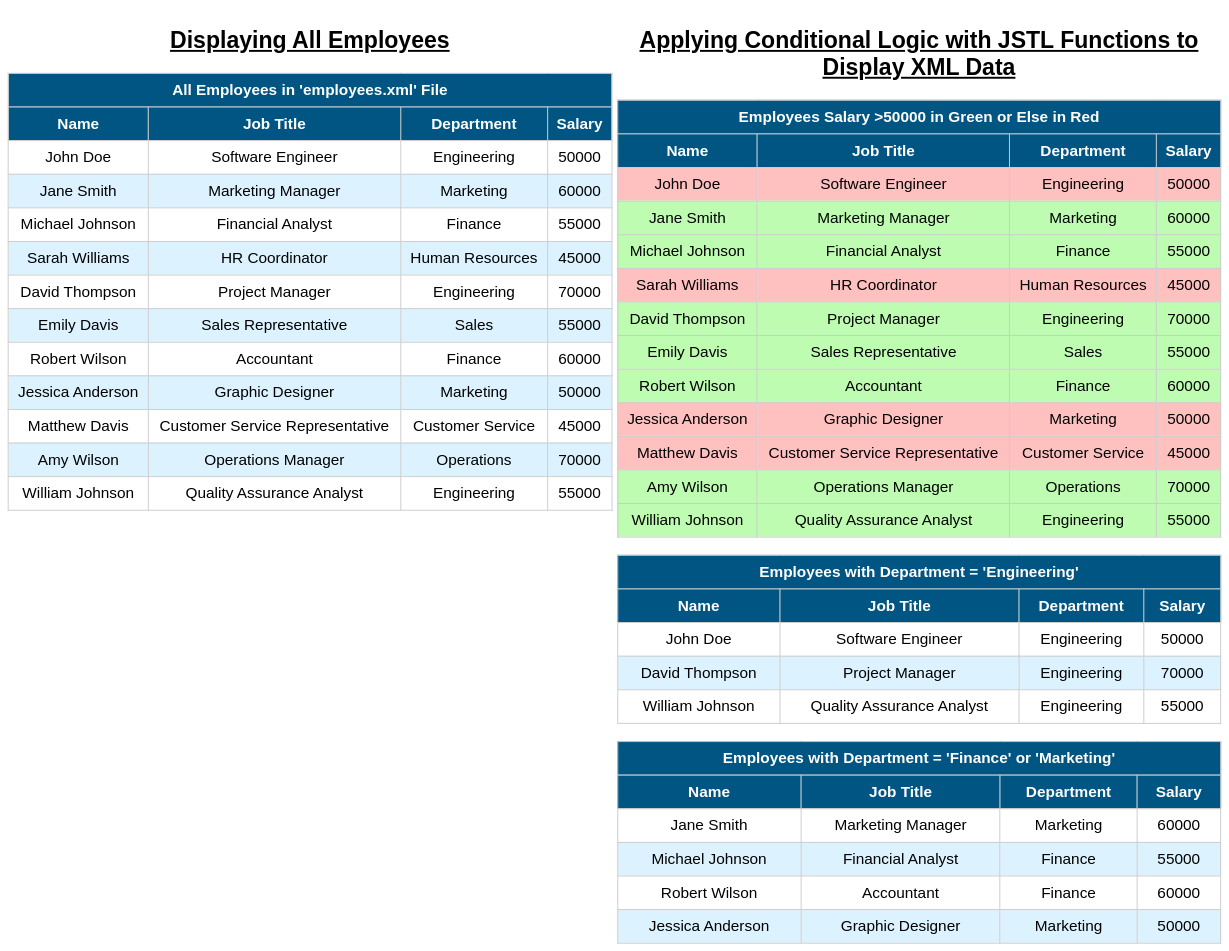
Repository: bkyncl/csd-430
Page: http://localhost/kyncl_mod9/
These files come from the project's save history. The page is drawn as it stood at one moment and after the next save; the edit follows.
The browser window is 1280 px wide. The pictures show the whole page, at 96% of full size.
The page is served by Tomcat 9.

Above is the page before, as saved 2023-07-05 06:58:37.

### kyncl_mod9/src/main/webapp/index.jsp
<%--
index.jsp
Module 9 assignment
Name: Brittany Kyncl
Date: 7.5.22
Course: CSD430
File to example the usage the usage of JSTL and XPath to parse XML data,
iterate over XML elements, apply conditional logic, and display the data in with customized styling.
Context purpose is to parse the XML file 'employees.xml' containing
employees data, and display it in tabular format. The file incorporates JSTL tags and functions
to manipulate the XML data and apply conditional logic for displaying the data based on various criteria.

--%>
<%@ page language="java" contentType="text/html; charset=ISO-8859-1" pageEncoding="ISO-8859-1"%>
<%@taglib uri="http://java.sun.com/jsp/jstl/core" prefix="c"%>
<%@taglib uri="http://java.sun.com/jsp/jstl/xml" prefix="x"%>
<html>
<head>
	<title>Parsing employees.xml</title>
	<link rel="stylesheet" type="text/css" href="styles.css">
</head>
<body>
	<c:import url="employees.xml" var="employeeData"/>
	<x:parse doc="${employeeData}" var="dom"/>
<div class="container">
	<div class="left">
		<h2>Displaying All Employees</h2>
		<table border="1">
			<tr>
				<th colspan="4">All Employees in 'employees.xml' File</th>
			</tr>
			<tr>
				 <th>Name</th>
				 <th>Job Title</th>
				 <th>Department</th>
				 <th>Salary</th>
			</tr>
			<x:forEach var="employee" select="$dom/employees/employee">
			<%-- Displaying the details of each employee --%>
			<tr>
			  	<td><x:out select="$employee/name"/></td>
				<td><x:out select="$employee/jobTitle"/></td>
				<td><x:out select="$employee/department"/></td>
				<td><x:out select="$employee/salary"/></td>

			</x:forEach>
		</table>
	</div>
	<div class="right">
		<h2>Applying Conditional Logic with JSTL Functions to Display XML Data</h2>
		<table border="1">
		    <tr>
		        <th colspan="4">Employees Salary >50000 in Green or Else in Red</th>
		    </tr>
		    <tr>
		        <th>Name</th>
		        <th>Job Title</th>
		        <th>Department</th>
		        <th>Salary</th>
		    </tr>
		    <x:forEach var="employee" select="$dom/employees/employee">
		        <x:choose>
		        	<%-- Applying styling to employees with salary > 50000 --%>
		            <x:when select="$employee/salary>50000">
		                <tr style="background-color: #BDFCB1;">
		                    <td><x:out select="$employee/name"/></td>
		                    <td><x:out select="$employee/jobTitle"/></td>
		                    <td><x:out select="$employee/department"/></td>
		                    <td><x:out select="$employee/salary"/></td>
		                </tr>
		            </x:when>
		            <%-- Applying styling to employees with salary <= 50000 --%>
		            <x:when select="$employee/salary<=50000">
		                <tr style="background-color: #FFC0C0;">
		                    <td><x:out select="$employee/name"/></td>
		                    <td><x:out select="$employee/jobTitle"/></td>
		                    <td><x:out select="$employee/department"/></td>
		                    <td><x:out select="$employee/salary"/></td>
		                </tr>
		            </x:when>
		            <%-- Displaying employees without any styling for otherwise clause (just in case conditions not met) --%>
		            <x:otherwise>
		                <tr>
		                    <td><x:out select="$employee/name"/></td>
		                    <td><x:out select="$employee/jobTitle"/></td>
		                    <td><x:out select="$employee/department"/></td>
		                    <td><x:out select="$employee/salary"/></td>
		                </tr>
		            </x:otherwise>
		        </x:choose>
		    </x:forEach>
		</table>
	    <br>
	    <table border="1">
		    <tr>
		        <th colspan="4">Employees with Department = 'Engineering'</th>
		    </tr>
		    <tr>
		        <th>Name</th>
		        <th>Job Title</th>
		        <th>Department</th>
		        <th>Salary</th>
		    </tr>
		    <x:forEach var="employee" select="$dom/employees/employee">
		        <x:choose>
		        	<%-- Filtering and displaying employees with the department value 'Engineering' --%>
		            <x:when select="$employee/department='Engineering'">
		                <tr>
		                    <td><x:out select="$employee/name"/></td>
		                    <td><x:out select="$employee/jobTitle"/></td>
		                    <td><x:out select="$employee/department"/></td>
		                    <td><x:out select="$employee/salary"/></td>
		                </tr>
		            </x:when>
		        </x:choose>
		    </x:forEach>
		</table>
		<br>
		<table border="1">
		    <tr>
		        <th colspan="4">Employees with Department = 'Finance' or 'Marketing'</th>
		    </tr>
		    <tr>
		        <th>Name</th>
		        <th>Job Title</th>
		        <th>Department</th>
		        <th>Salary</th>
		    </tr>
		    <x:forEach var="employee" select="$dom/employees/employee">
		        <x:choose>
		        	<%-- Filtering and displaying employees with the department values 'Finance' or 'Marketing' --%>
		            <x:when select="$employee/department='Finance' or $employee/department='Marketing'">
		                <tr>
		                    <td><x:out select="$employee/name"/></td>
		                    <td><x:out select="$employee/jobTitle"/></td>
		                    <td><x:out select="$employee/department"/></td>
		                    <td><x:out select="$employee/salary"/></td>
		                </tr>
		            </x:when>
		        </x:choose>
		    </x:forEach>
		</table>
	</div>
</div>

</body>
</html>

### kyncl_mod9/src/main/webapp/employees.xml
<?xml version="1.0" encoding="UTF-8"?>
<employees>
  <employee>
    <name>John Doe</name>
    <jobTitle>Software Engineer</jobTitle>
    <department>Engineering</department>
    <salary>50000</salary>
  </employee>
  <employee>
    <name>Jane Smith</name>
    <jobTitle>Marketing Manager</jobTitle>
    <department>Marketing</department>
    <salary>60000</salary>
  </employee>
  <employee>
    <name>Michael Johnson</name>
    <jobTitle>Financial Analyst</jobTitle>
    <department>Finance</department>
    <salary>55000</salary>
  </employee>
  <employee>
    <name>Sarah Williams</name>
    <jobTitle>HR Coordinator</jobTitle>
    <department>Human Resources</department>
    <salary>45000</salary>
  </employee>
  <employee>
    <name>David Thompson</name>
    <jobTitle>Project Manager</jobTitle>
    <department>Engineering</department>
    <salary>70000</salary>
  </employee>
  <employee>
    <name>Emily Davis</name>
    <jobTitle>Sales Representative</jobTitle>
    <department>Sales</department>
    <salary>55000</salary>
  </employee>
  <employee>
    <name>Robert Wilson</name>
    <jobTitle>Accountant</jobTitle>
    <department>Finance</department>
    <salary>60000</salary>
  </employee>
  <employee>
    <name>Jessica Anderson</name>
    <jobTitle>Graphic Designer</jobTitle>
    <department>Marketing</department>
    <salary>50000</salary>
  </employee>
  <employee>
    <name>Matthew Davis</name>
    <jobTitle>Customer Service Representative</jobTitle>
    <department>Customer Service</department>
    <salary>45000</salary>
  </employee>
  <employee>
    <name>Amy Wilson</name>
    <jobTitle>Operations Manager</jobTitle>
    <department>Operations</department>
    <salary>70000</salary>
  </employee>
  <employee>
    <name>William Johnson</name>
    <jobTitle>Quality Assurance Analyst</jobTitle>
    <department>Engineering</department>
    <salary>55000</salary>
  </employee>
</employees>

### kyncl_mod9/src/main/webapp/styles.css
/* Table styles */
body {
  font-family: Arial, sans-serif;
}
.container {
	display: flex;
	flex-wrap: wrap;
}
.left {
  flex: 1 1 35%;
  padding-right: 5px;
}
.right {
  flex: 1 1 35%;
}
h2 {
	text-decoration: underline;
	text-align: center;
}
table {
  width: 100%;
  border-collapse: collapse;
}
table tr:nth-child(even) {
  background-color: #dcf3ff; /* Replace with your desired color */
}

table th, table td {
  padding: 8px;
  text-align: center;
  border: 1px solid #ccc;
}

table th {
  background-color: #005582;
  color: #fff;
}

After the next save:
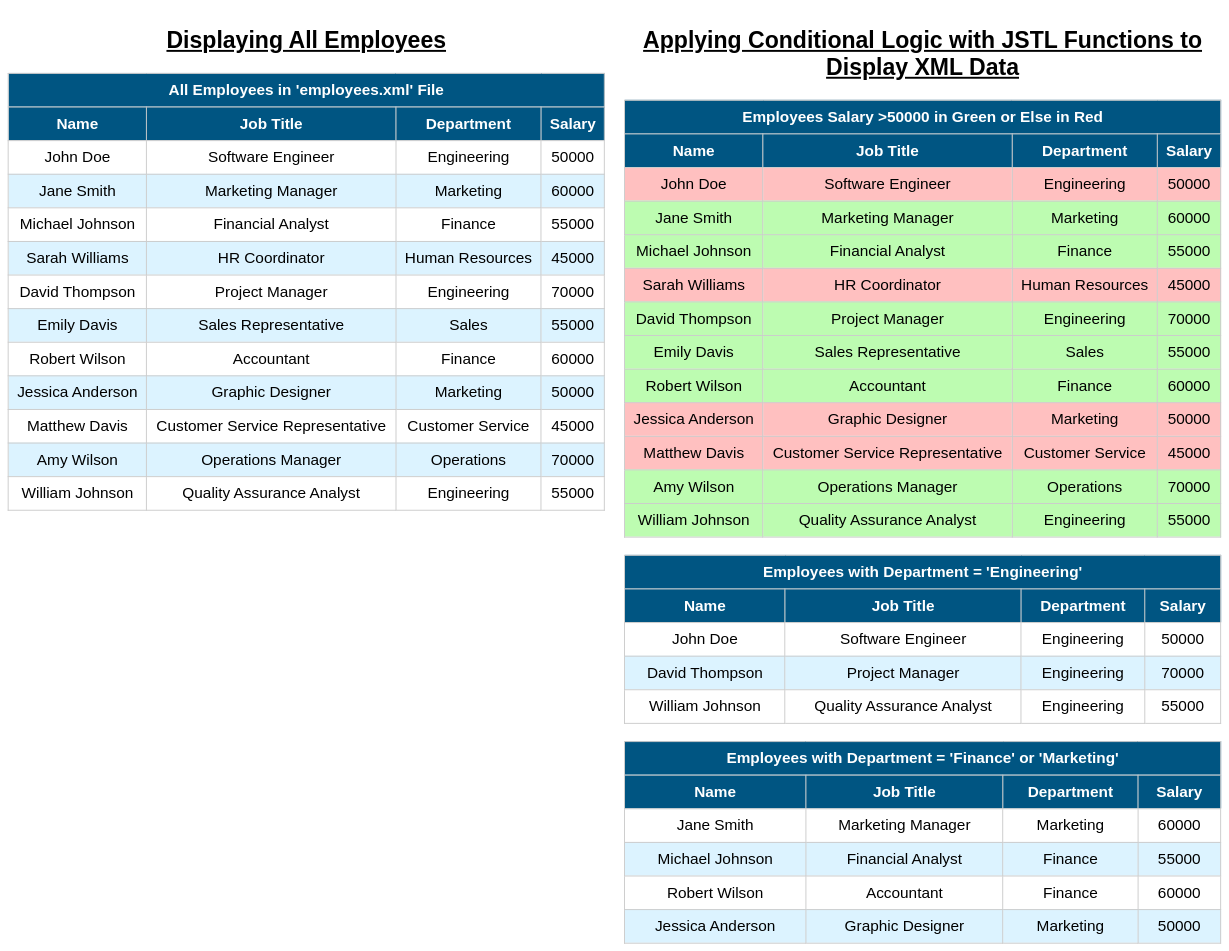
Saved 8 s later.
--- a/kyncl_mod9/src/main/webapp/styles.css
+++ b/kyncl_mod9/src/main/webapp/styles.css
@@ -8,7 +8,7 @@ body {
 }
 .left {
   flex: 1 1 35%;
-  padding-right: 5px;
+  padding-right: 20px;
 }
 .right {
   flex: 1 1 35%;
